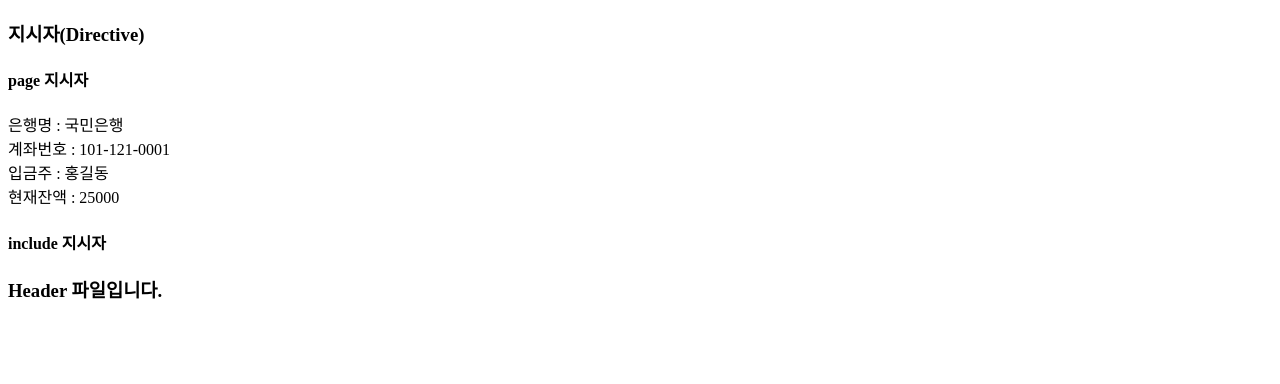
Repository: SangKyuuu/Jsp
Page: http://localhost/ch02/4_Directive.jsp
The author's editor kept a copy of each file at every save. The page is drawn from the files as they stood at one save, then again after the next save.
The browser window is 1280 px wide. The pictures show the whole page.
The page is served by Tomcat 10.

Above is the page before, as saved 2025-07-28 02:31:06.

After the next save:
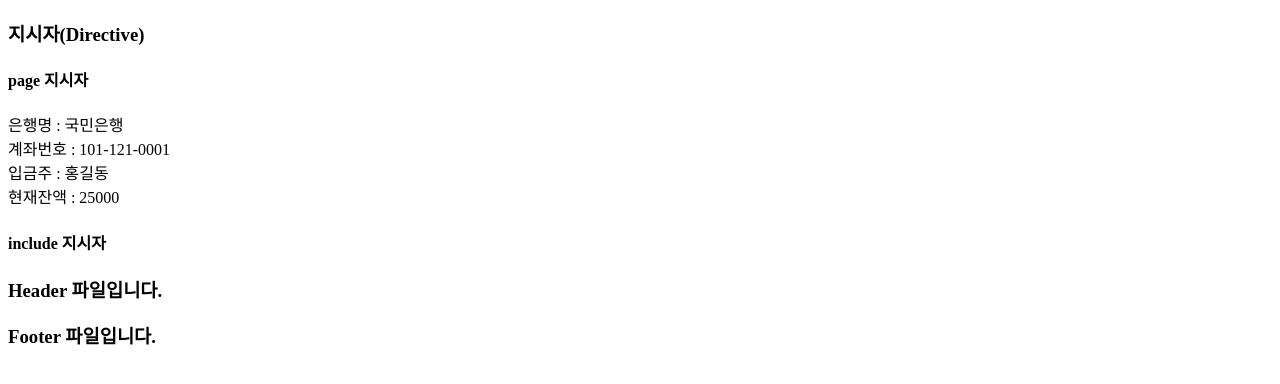
Saved 81 s later.
--- a/ch02/src/main/webapp/4_Directive.jsp
+++ b/ch02/src/main/webapp/4_Directive.jsp
@@ -27,5 +27,6 @@
 		%>
 		<h4>include 지시자</h4>
 		<%@include file="./inc/_header.jsp"%>
+		<%@include file="./inc/_footer.jsp"%>
 	</body>
 </html>
